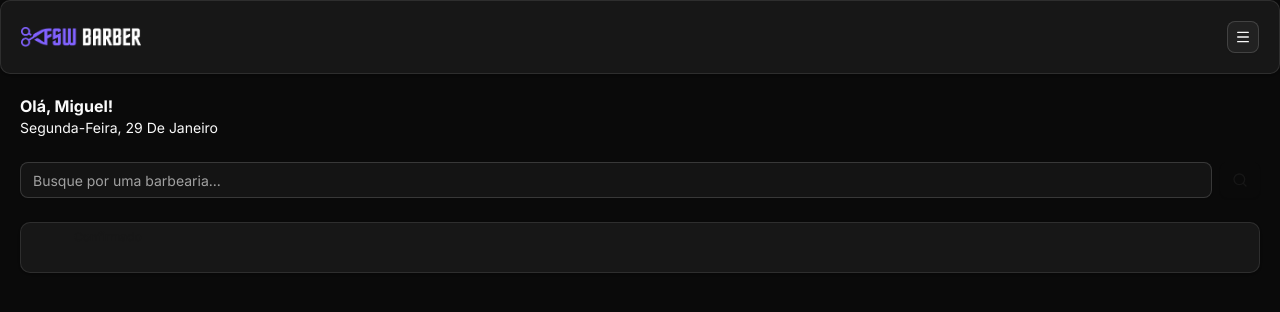
Repository: PaulinhoMachadooo/Barber
Page: /
An editor plug-in stored every save of this project. The page is shown before and after the next save, followed by the edit.
The browser window is 1280 px wide. The pictures show the whole page.
The project was rebuilt for these pictures with package versions that can differ from the ones it lists, and the page was loaded fresh each time. The framework's server and built-in components were replaced by stand-ins that run in the browser. Also part of the build but not shown: next.config.ts.

Above is the page before, as saved 2025-04-13 18:18:23.

After the next save:
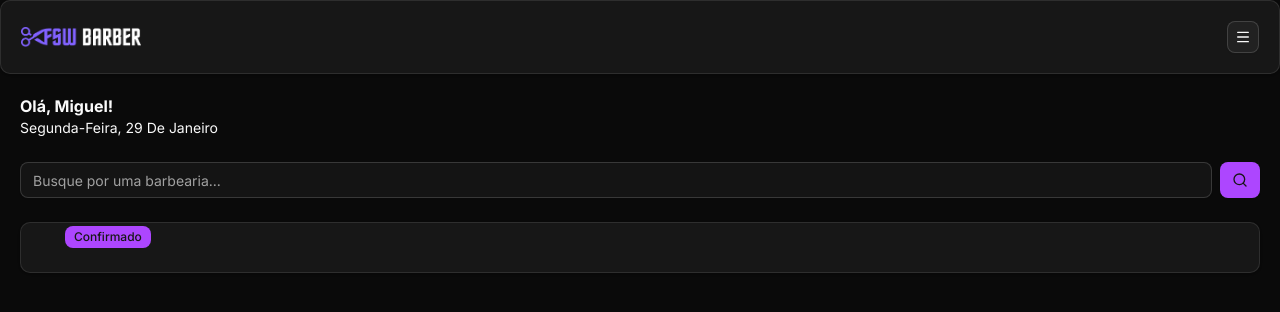
Saved 3 min 4 s later.
--- a/app/globals.css
+++ b/app/globals.css
@@ -85,7 +85,7 @@
   --card-foreground: oklch(0.985 0 0);
   --popover: oklch(0.205 0 0);
   --popover-foreground: oklch(0.985 0 0);
-  --primary: 252 100% 69%;
+  --primary: oklch(0.627 0.265 303.9);
   --primary-foreground: oklch(0.205 0 0);
   --secondary: oklch(0.269 0 0);
   --secondary-foreground: oklch(0.985 0 0);
